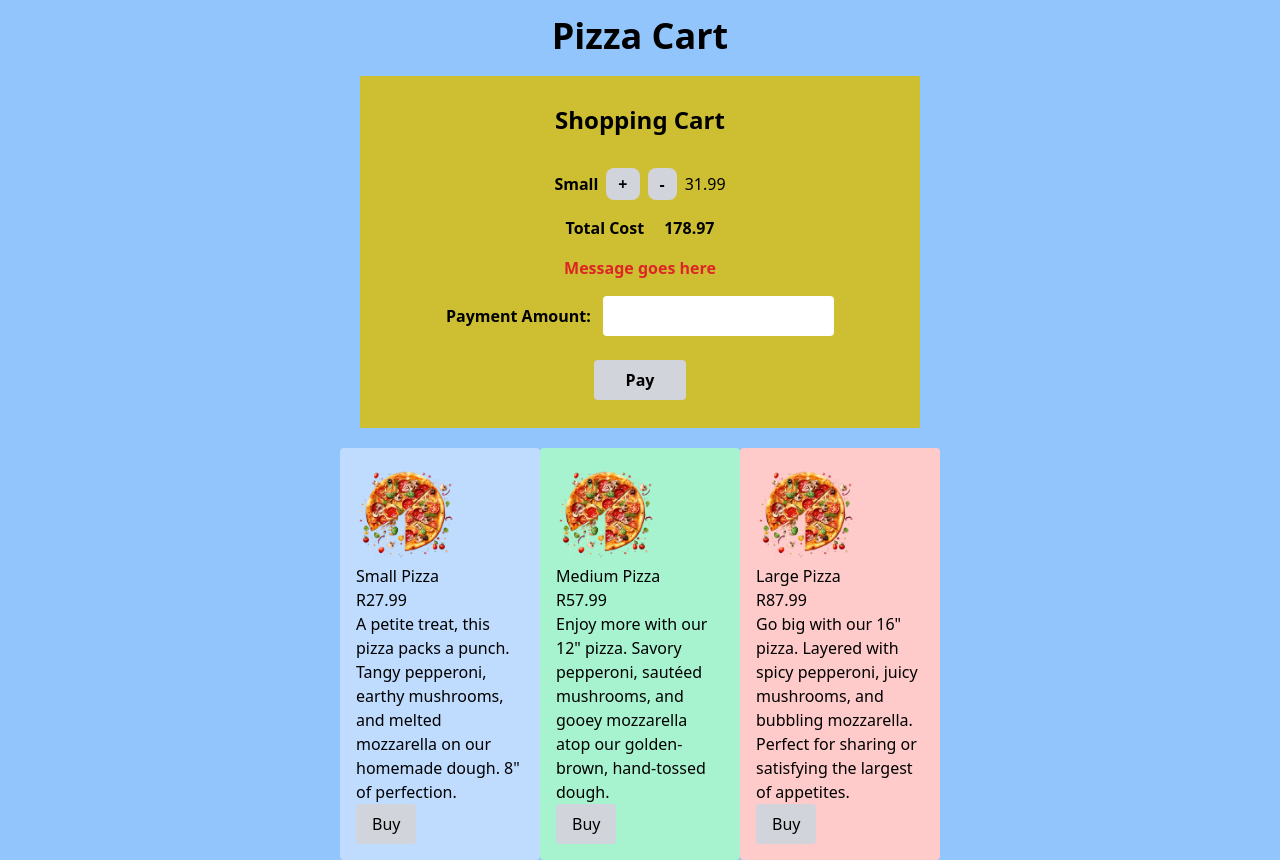
Repository: lasity34/pizza_cart
Page: index.html
An editor plug-in stored every save of this project. The page is shown before and after the next save, followed by the edit.
The browser window is 1280 px wide. The pictures show the whole page.
Some web libraries are served in a nearby version.

Above is the page before, as saved 2023-07-11 09:30:30.

### index.html
<!DOCTYPE html>
<html lang="en">
  <head>
    <meta charset="UTF-8" />
    <meta name="viewport" content="width=device-width, initial-scale=1.0" />
    <title>Pizza Cart</title>
    <script src="//unpkg.com/alpinejs" defer></script>
    <link
      href="https://cdn.jsdelivr.net/npm/tailwindcss@2.1.2/dist/tailwind.min.css"
      rel="stylesheet"
    />
    <link href="./style.css" rel="stylesheet" />
  </head>
  <body class="bg-blue-300">
    <section class="flex justify-center items-center">
      <h1 class="text-4xl pt-4 font-bold">Pizza Cart</h1>
    </section>
    <section
      class="shop-container m-5 p-7 flex justify-center items-center flex-col"
    >
      <h2 class="text-2xl mb-2 font-bold">Shopping Cart</h2>
      <div class="mt-6 flex flex-col items-center">
        <div class="flex items-center">
          <p class="font-bold mr-2">Small</p>
          <button
            class="bg-gray-300 hover:bg-gray-400 rounded-lg px-3 py-1 mr-2 font-bold"
          >
            +
          </button>
          <button
            class="bg-gray-300 hover:bg-gray-400 rounded-lg px-3 py-1 font-bold"
          >
            -
          </button>
          <p class="ml-2">31.99</p>
        </div>
        <div class="flex mt-4">
          <p class="font-bold">Total Cost</p>
          <p class="ml-5 font-bold">178.97</p>
        </div>
        <div class="mt-4">
          <p class="text-red-600 font-bold">Message goes here</p>
        </div>
        <div class="mt-4">
          <label class="font-bold">Payment Amount:</label>
          <input type="text" class="rounded ml-2 py-2" />
        </div>
        <div class="mt-6">
          <button
            class="bg-gray-300 hover:bg-gray-400 py-2 px-8 rounded font-bold"
          >
            Pay
          </button>
        </div>
      </div>
    </section>
    <section class="pizza_columns">
        <div class="flex justify-around">
            <div class="pizza_sm bg-blue-200 rounded p-4 w-64">
              <img src="./pizza.png" width="100" />
              <h3>Small Pizza</h3>
              <h3>R27.99</h3>
              <p>
                A petite treat, this pizza packs a punch. Tangy pepperoni, earthy
                mushrooms, and melted mozzarella on our homemade dough. 8" of
                perfection.
              </p>
              <button class="bg-gray-300 py-2 px-4 rounded">Buy</button>
            </div>
            <div class="pizza_md bg-green-200 rounded p-4 w-64">
              <img src="./pizza.png" width="100" />
              <h3>Medium Pizza</h3>
              <h3>R57.99</h3>
              <p>
                Enjoy more with our 12" pizza. Savory pepperoni, sautéed mushrooms, and gooey mozzarella atop our golden-brown, hand-tossed dough.
              </p>
              <button class="bg-gray-300 py-2 px-4 rounded">Buy</button>
            </div>
            <div class="pizza_lg bg-red-200 rounded p-4 w-64">
              <img src="./pizza.png" width="100" />
              <h3>Large Pizza</h3>
              <h3>R87.99</h3>
              <p>
                Go big with our 16" pizza. Layered with spicy pepperoni, juicy mushrooms, and bubbling mozzarella. Perfect for sharing or satisfying the largest of appetites.
              </p>
              <button class="bg-gray-300 py-2 px-4 rounded">Buy</button>
            </div>
          </div>

    </section>
  </body>
</html>

### style.css

body {
    max-width: 600px;
    margin: 0 auto;
}

.shop-container {
    background-color: rgb(205, 190, 50);
}

After the next save:
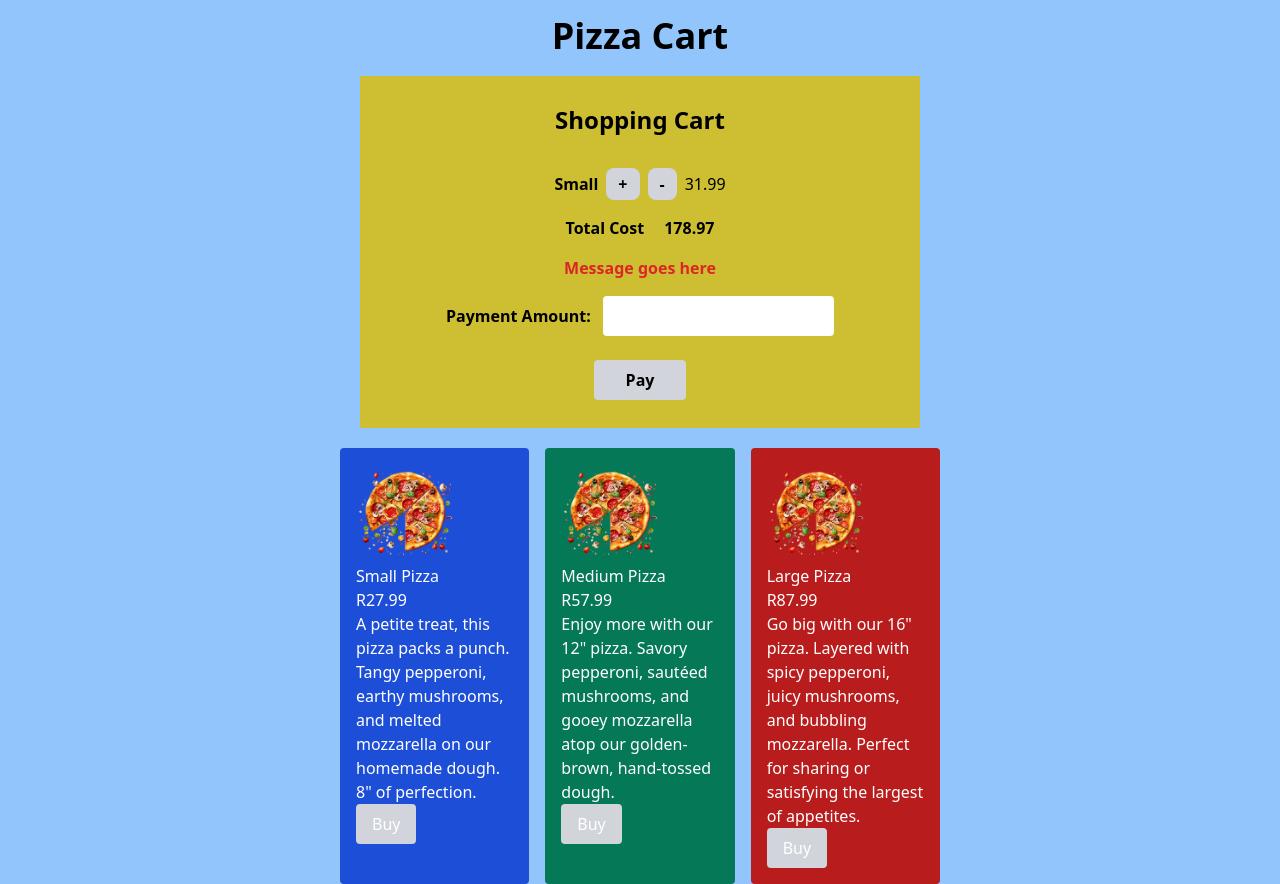
Saved 2 min 36 s later.
--- a/index.html
+++ b/index.html
@@ -55,8 +55,8 @@
       </div>
     </section>
     <section class="pizza_columns">
-        <div class="flex justify-around">
-            <div class="pizza_sm bg-blue-200 rounded p-4 w-64">
+        <div class="flex justify-around gap-4 max-w-screen-sm mx-auto">
+            <div class="pizza_sm bg-blue-700 rounded p-4 w-64 text-white">
               <img src="./pizza.png" width="100" />
               <h3>Small Pizza</h3>
               <h3>R27.99</h3>
@@ -67,7 +67,7 @@
               </p>
               <button class="bg-gray-300 py-2 px-4 rounded">Buy</button>
             </div>
-            <div class="pizza_md bg-green-200 rounded p-4 w-64">
+            <div class="pizza_md bg-green-700 rounded p-4 w-64 text-white">
               <img src="./pizza.png" width="100" />
               <h3>Medium Pizza</h3>
               <h3>R57.99</h3>
@@ -76,7 +76,7 @@
               </p>
               <button class="bg-gray-300 py-2 px-4 rounded">Buy</button>
             </div>
-            <div class="pizza_lg bg-red-200 rounded p-4 w-64">
+            <div class="pizza_lg bg-red-700 rounded p-4 w-64 text-white">
               <img src="./pizza.png" width="100" />
               <h3>Large Pizza</h3>
               <h3>R87.99</h3>
@@ -87,6 +87,7 @@
             </div>
           </div>
 
+
     </section>
   </body>
 </html>
